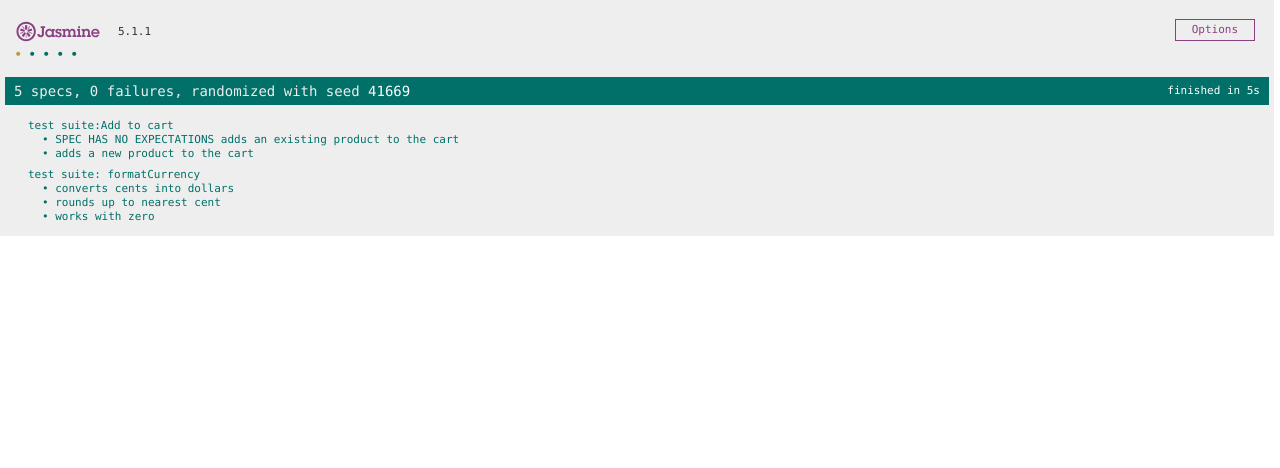
Repository: Srikeerthi05/Amazon-project
Page: tests-jasmine/tests.html
The author's editor kept a copy of each file at every save. The page is drawn from the files as they stood at one save, then again after the next save.
The browser window is 1280 px wide. The pictures show the whole page.

Above is the page before, as saved 2025-05-25 13:43:48.

After the next save:
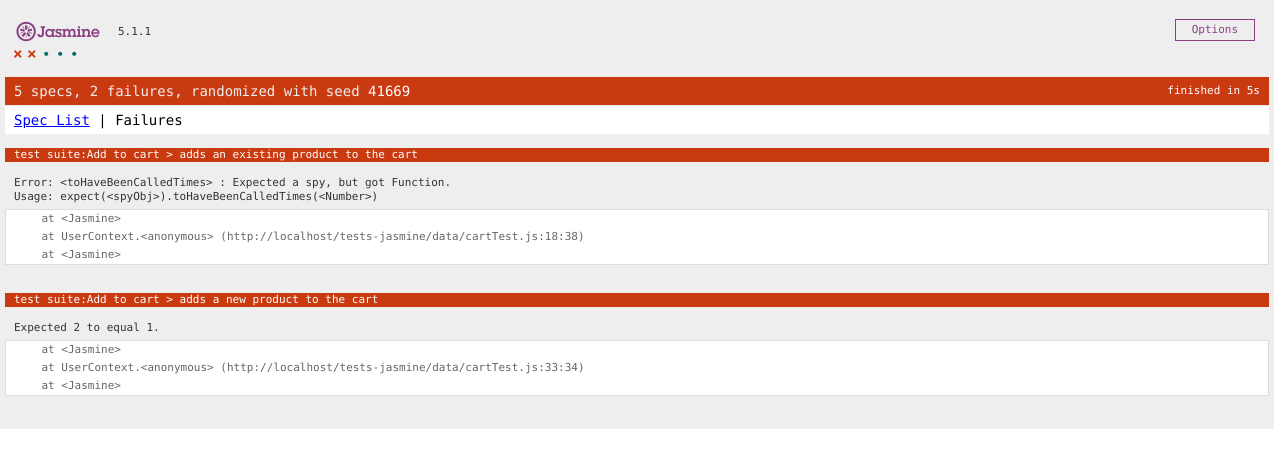
Saved 13 s later.
--- a/tests-jasmine/data/cartTest.js
+++ b/tests-jasmine/data/cartTest.js
@@ -11,6 +11,13 @@
         });
 
         loadFromStorage();
+
+
+        addToCart('e43638ce-6aa0-4b85-b27f-e1d07eb678c6');
+        expect(cart.length).toEqual(1);
+        expect(localStorage.setItem).toHaveBeenCalledTimes(1);
+        expect(cart[0].productId).toEqual('e43638ce-6aa0-4b85-b27f-e1d07eb678c6');
+        expect(cart[0].quantity).toEqual(1);
     });
 
     it('adds a new product to the cart',()=>{
